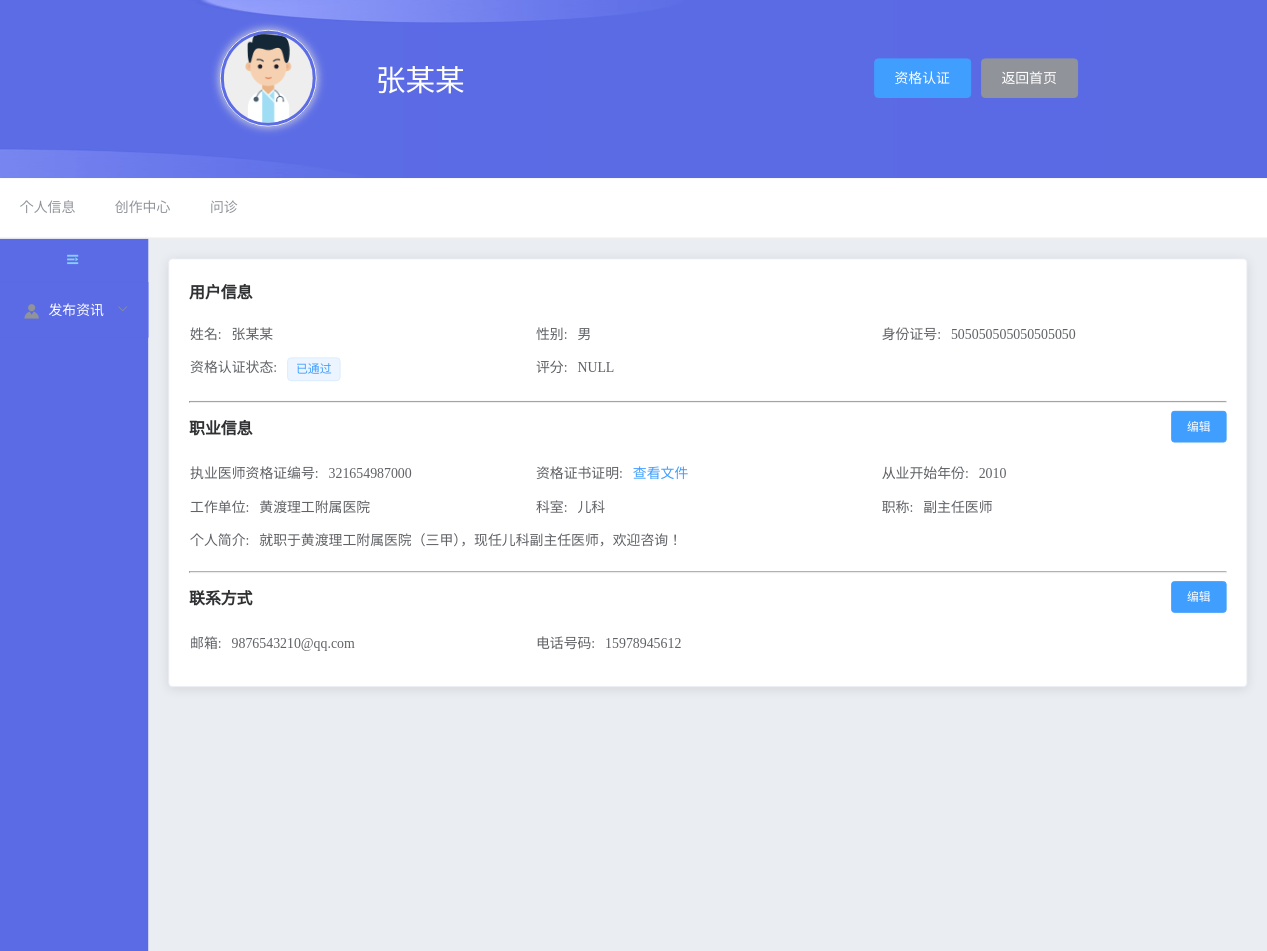
Repository: DiscreteL/SOA_Front
Page: /#/uploadArticle
These files come from the project's save history. The page is drawn as it stood at one moment and after the next save; the edit follows.
The browser window is 1280 px wide. The pictures show the whole page, at 99% of full size.
The project was rebuilt for these pictures with package versions that can differ from the ones it lists, and the page was loaded fresh each time. Also part of the build but not shown: vue.config.js, src/components/navigation.vue, src/components/dialog.vue, src/views/news.vue, src/components/announcement.vue, src/components/patientKnow.vue, src/views/Home.vue, src/views/login.vue and 15 more.

Above is the page before, as saved 2021-11-29 11:57:03.

After the next save:
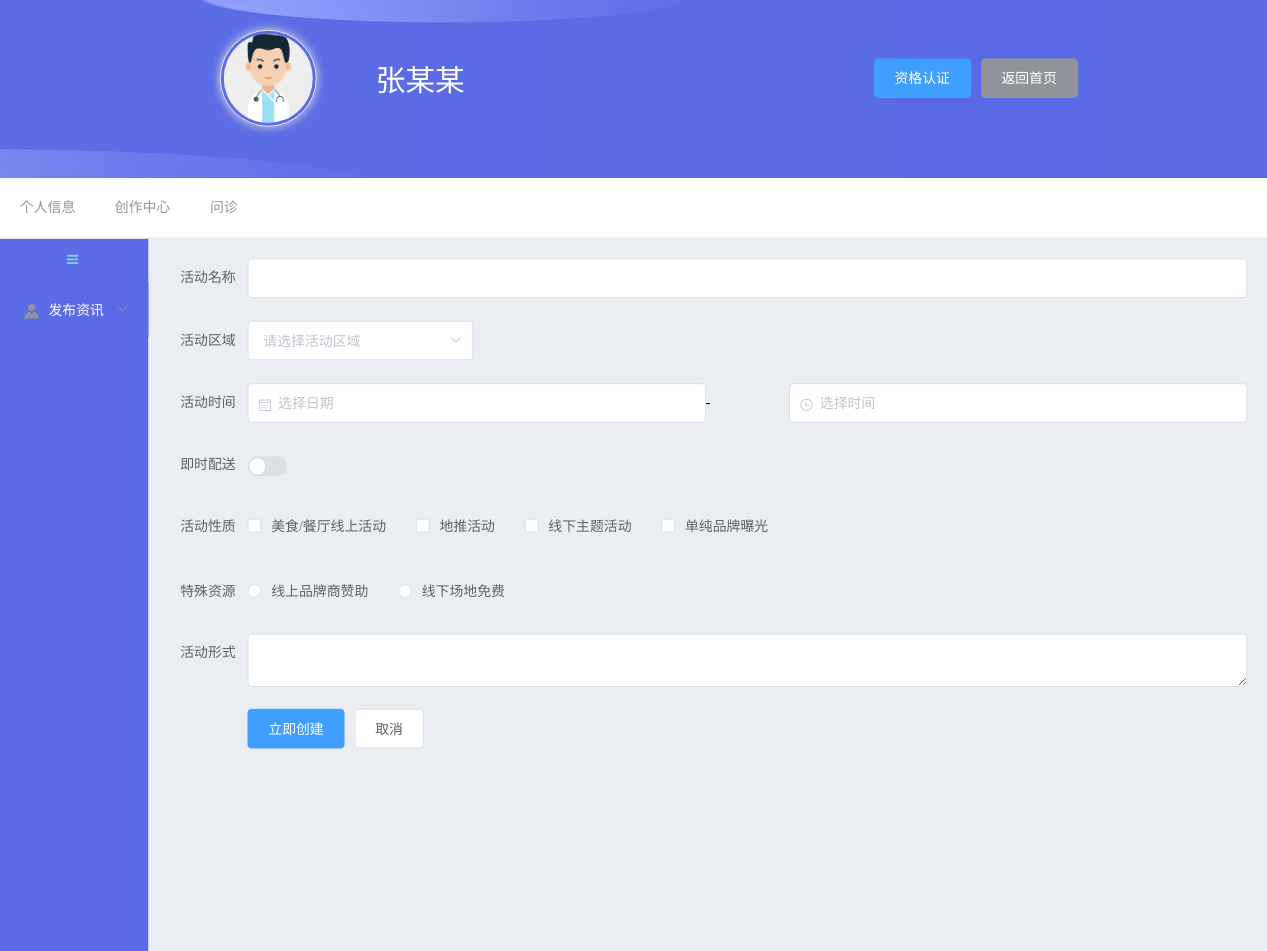
Saved 2 min 47 s later.
--- a/src/views/doctor/message/uploadArticle.vue
+++ b/src/views/doctor/message/uploadArticle.vue
@@ -1,86 +1,70 @@
 <template>
-  <el-card>
-    <el-descriptions title="用户信息">
-      <el-descriptions-item label="姓名"
-        >张某某{{ userInfo.name }}</el-descriptions-item
-      >
-      <el-descriptions-item label="性别">
-        男{{ userInfo.gender }}</el-descriptions-item
-      >
-      <el-descriptions-item label="身份证号">505050505050505050</el-descriptions-item>
-      <el-descriptions-item label="资格认证状态" >
-      <el-tag size="small">已通过</el-tag>
-      </el-descriptions-item>
-      <el-descriptions-item label="评分">NULL</el-descriptions-item>
-    </el-descriptions>
-    <hr />
-    <el-descriptions
-      class="margin-top"
-      title="职业信息"
-      :column="3"
-      :size="size"
-    >
-      <template slot="extra">
-        <el-button type="primary" size="small">编辑</el-button>
-      </template>
-      <el-descriptions-item label="执业医师资格证编号"
-        >321654987000{{ userInfo.certiNum }}</el-descriptions-item
-      >
-      <el-descriptions-item label="资格证书证明">
-        <el-link type="primary">查看文件</el-link>
-      </el-descriptions-item>
-      <el-descriptions-item label="从业开始年份"
-        >2010{{ userInfo.workLength }}</el-descriptions-item
-      >
-      <el-descriptions-item label="工作单位"
-        >黄渡理工附属医院{{ userInfo.hospital }}</el-descriptions-item
-      >
-      <el-descriptions-item label="科室"
-        >儿科{{ userInfo.department }}</el-descriptions-item
-      >
-      <el-descriptions-item label="职称"
-        >副主任医师{{ userInfo.title }}</el-descriptions-item
-      >
-      <el-descriptions-item label="个人简介"
-        >就职于黄渡理工附属医院（三甲），现任儿科副主任医师，欢迎咨询！{{ userInfo.intro }}</el-descriptions-item
-      >
-    </el-descriptions>
+<el-form ref="form" :model="form" label-width="80px">
+  <el-form-item label="活动名称">
+    <el-input v-model="form.name"></el-input>
+  </el-form-item>
+  <el-form-item label="活动区域">
+    <el-select v-model="form.region" placeholder="请选择活动区域">
+      <el-option label="区域一" value="shanghai"></el-option>
+      <el-option label="区域二" value="beijing"></el-option>
+    </el-select>
+  </el-form-item>
+  <el-form-item label="活动时间">
+    <el-col :span="11">
+      <el-date-picker type="date" placeholder="选择日期" v-model="form.date1" style="width: 100%;"></el-date-picker>
+    </el-col>
+    <el-col class="line" :span="2">-</el-col>
+    <el-col :span="11">
+      <el-time-picker placeholder="选择时间" v-model="form.date2" style="width: 100%;"></el-time-picker>
+    </el-col>
+  </el-form-item>
+  <el-form-item label="即时配送">
+    <el-switch v-model="form.delivery"></el-switch>
+  </el-form-item>
+  <el-form-item label="活动性质">
+    <el-checkbox-group v-model="form.type">
+      <el-checkbox label="美食/餐厅线上活动" name="type"></el-checkbox>
+      <el-checkbox label="地推活动" name="type"></el-checkbox>
+      <el-checkbox label="线下主题活动" name="type"></el-checkbox>
+      <el-checkbox label="单纯品牌曝光" name="type"></el-checkbox>
+    </el-checkbox-group>
+  </el-form-item>
+  <el-form-item label="特殊资源">
+    <el-radio-group v-model="form.resource">
+      <el-radio label="线上品牌商赞助"></el-radio>
+      <el-radio label="线下场地免费"></el-radio>
+    </el-radio-group>
+  </el-form-item>
+  <el-form-item label="活动形式">
+    <el-input type="textarea" v-model="form.desc"></el-input>
+  </el-form-item>
+  <el-form-item>
+    <el-button type="primary" @click="onSubmit">立即创建</el-button>
+    <el-button>取消</el-button>
+  </el-form-item>
+</el-form>
+</template>
 
-    <hr />
-    <el-descriptions
-      class="margin-top"
-      title="联系方式"
-      :column="3"
-      :size="size"
-    >
-      <template slot="extra">
-        <el-button type="primary" size="small">编辑</el-button>
-      </template>
-      <el-descriptions-item label="邮箱"
-        >9876543210@qq.com{{ userInfo.mail }}</el-descriptions-item
-      >
-      <el-descriptions-item label="电话号码"
-        >15978945612{{ userInfo.tel }}</el-descriptions-item
-      >
-      >
-    </el-descriptions>
-  </el-card>
-</template>
 <script>
-export default {
-  data() {
-    return {
-      // 返回个人信息
-      // userID: window.sessionStorage.getItem("id"),
-      userInfo: {}, //用户个人信息
-      item: {
-        id: "",
-      },
-    };
-  },
-};
+  export default {
+    data() {
+      return {
+        form: {
+          name: '',
+          region: '',
+          date1: '',
+          date2: '',
+          delivery: false,
+          type: [],
+          resource: '',
+          desc: ''
+        }
+      }
+    },
+    methods: {
+      onSubmit() {
+        console.log('submit!');
+      }
+    }
+  }
 </script>
-
-<style scoped>
-
-</style>
